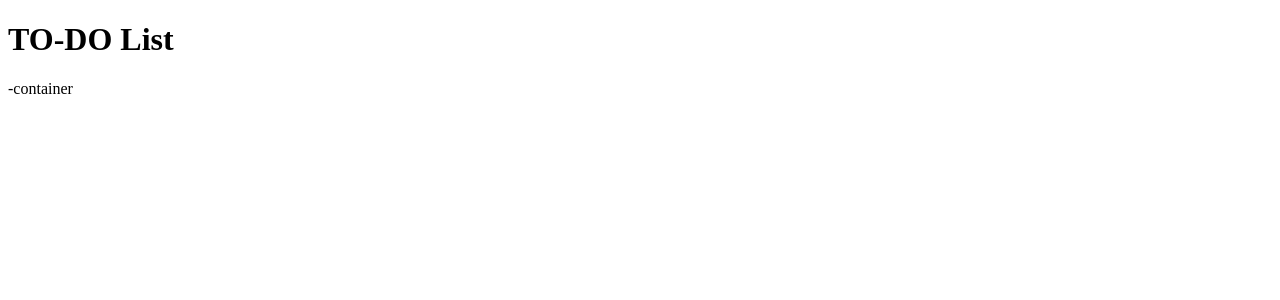
Repository: ksusmitha879-cyber/todo-list
Page: index.html
The author's editor kept a copy of each file at every save. The page is drawn from the files as they stood at one save, then again after the next save.
The browser window is 1280 px wide. The pictures show the whole page.

Above is the page before, as saved 2025-11-28 02:20:17.

### index.html
<!DOCTYPE html>
<html lang="en">
<head>
    <meta charset="UTF-8">
    <meta name="viewport" content="width=device-width, initial-scale=1.0">
    <title>TO-DO List</title>
</head>
<body>
    <div class="container">
        <h1>TO-DO List</h1>
        <div class="input"></div>-container
    </div>
</body>
</html>

After the next save:
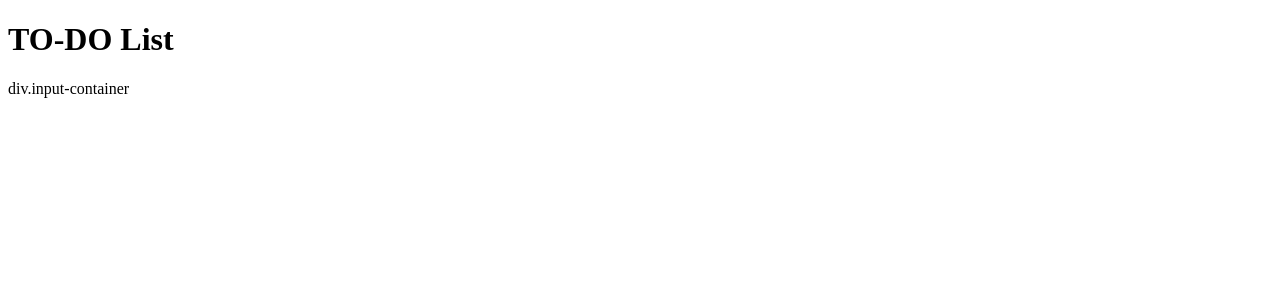
Saved 4 s later.
--- a/index.html
+++ b/index.html
@@ -8,7 +8,7 @@
 <body>
     <div class="container">
         <h1>TO-DO List</h1>
-        <div class="input"></div>-container
+        div.input-container
     </div>
 </body>
 </html>
